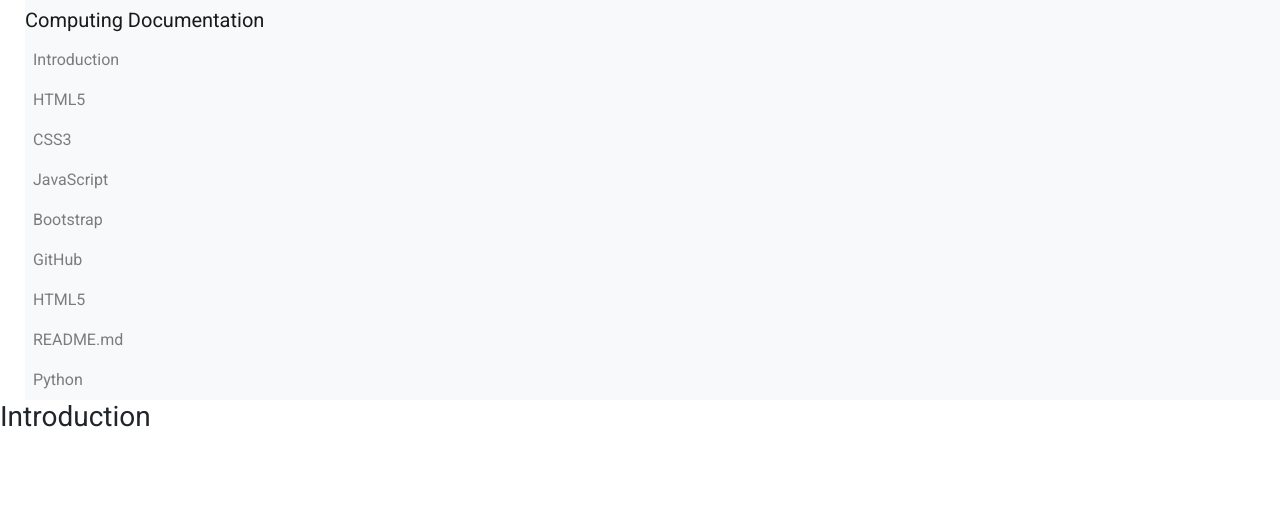
Repository: derektypist/technical-documentation-page
Page: index.html
The author's editor kept a record of every edit. The page is drawn from the files as they stood at one moment, then again after the next edit.
The browser window is 1280 px wide. The pictures show the whole page.

Above is the page before.

After the next edit:
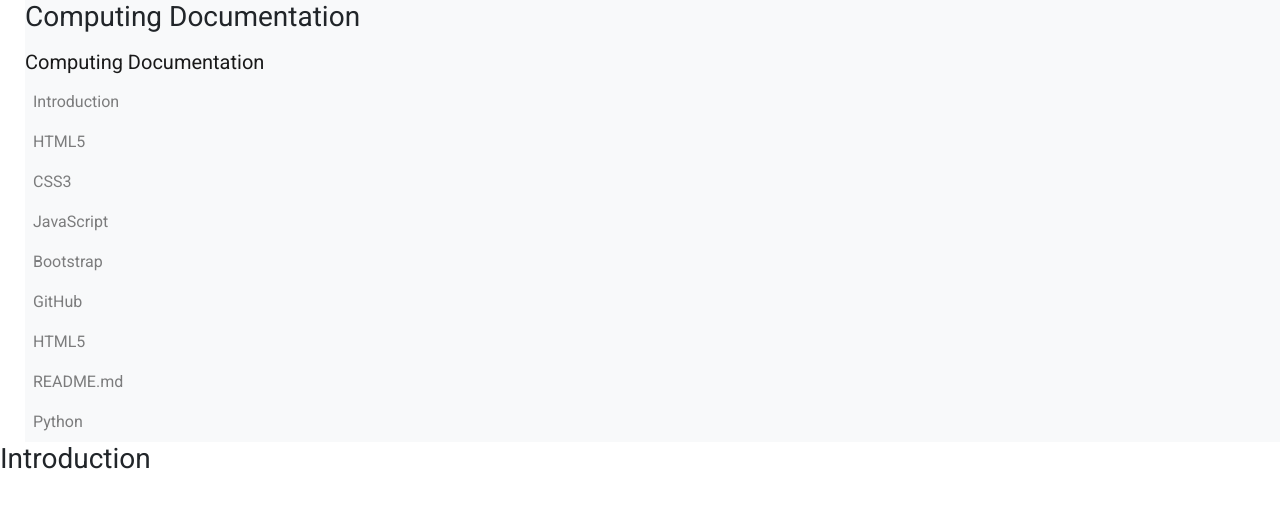
The edit:
--- a/index.html
+++ b/index.html
@@ -24,6 +24,9 @@
 <body>
     <!-- Set Up Navigation -->
     <nav class="navbar-expand navbar-light bg-light fixed-left nav flex-column" id="navbar">
+      <header>
+        <h3>Computing Documentation</h3>
+      </header>
   <a class="navbar-brand" href="#">Computing Documentation</a>
   <button class="navbar-toggler" type="button" data-toggle="collapse" data-target="#navbarSupportedContent" aria-controls="navbarSupportedContent" aria-expanded="false" aria-label="Toggle navigation">
     <span class="navbar-toggler-icon"></span>
